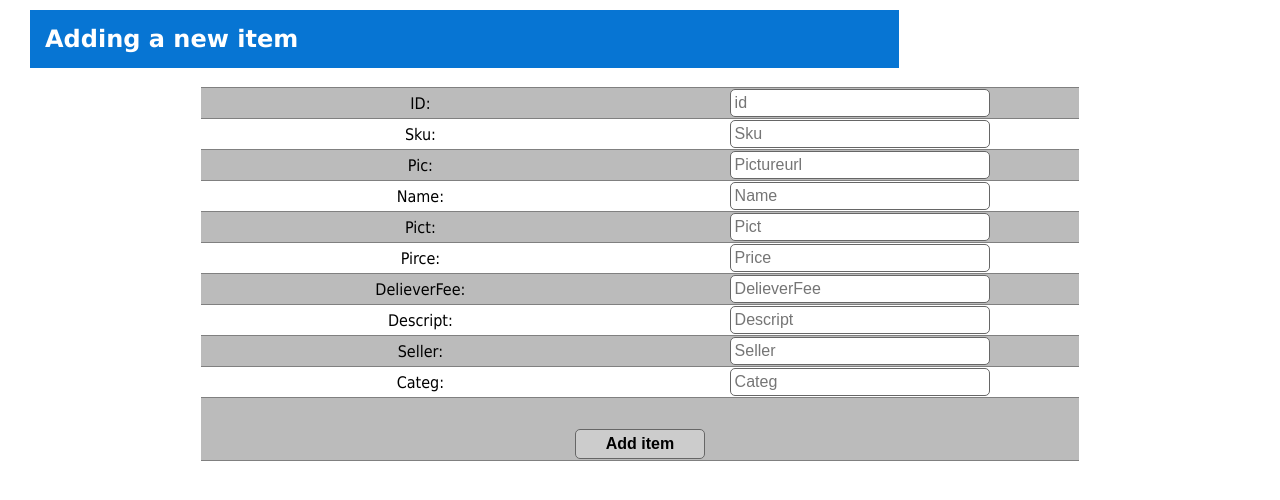
Repository: UnforgivenZZZ/bulldog
Page: bulldog/WebContent/WEB-INF/addingitem.html
An editor plug-in stored every save of this project. The page is shown before and after the next save, followed by the edit.
The browser window is 1280 px wide. The pictures show the whole page.

Above is the page before, as saved 2017-07-13 01:50:24.

After the next save:
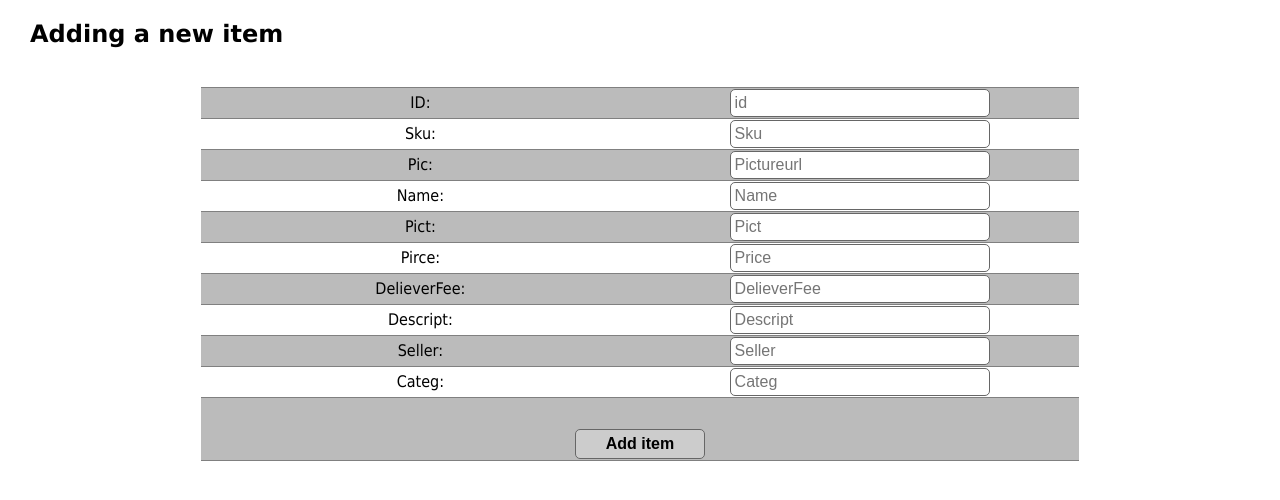
Saved 115 s later.
--- a/bulldog/WebContent/WEB-INF/addingitem.html
+++ b/bulldog/WebContent/WEB-INF/addingitem.html
@@ -15,9 +15,9 @@
 
 
 			<div id ="wrapper">
-				<div id ="header">
+
 					<h2>Adding a new item</h2>
-				</div>
+
 			</div>
 
              <tr>

After the save that followed:
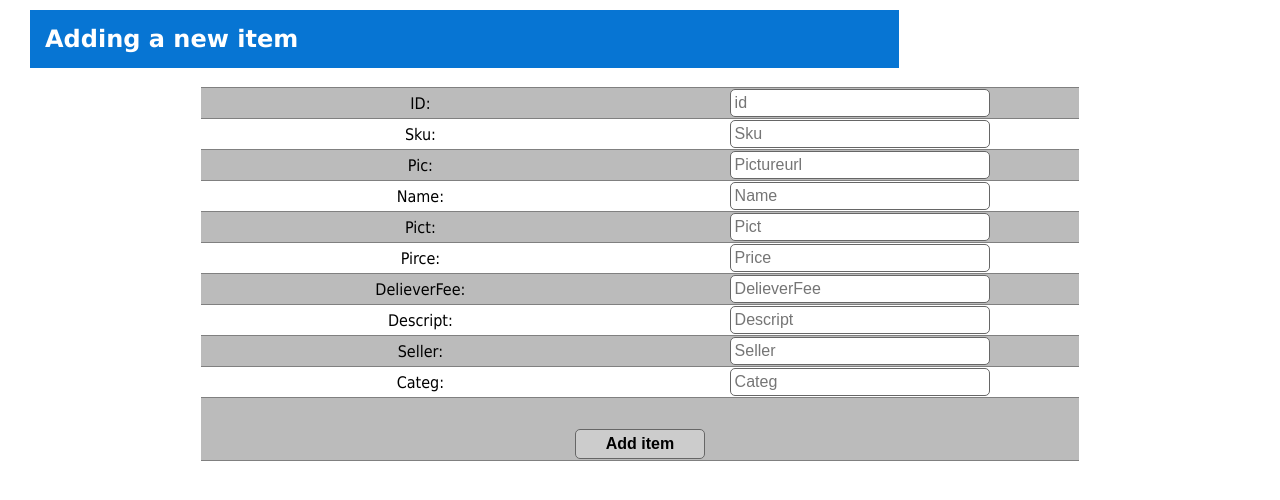
Saved 23 s later.
--- a/bulldog/WebContent/WEB-INF/addingitem.html
+++ b/bulldog/WebContent/WEB-INF/addingitem.html
@@ -15,9 +15,9 @@
 
 
 			<div id ="wrapper">
-
+				<div id ="header">
 					<h2>Adding a new item</h2>
-
+				</div>
 			</div>
 
              <tr>
--- a/bulldog/WebContent/css/style.css
+++ b/bulldog/WebContent/css/style.css
@@ -26,7 +26,7 @@ tr {
 tr:nth-child(even) {background: #FFFFFF}
 tr:nth-child(odd) {background: #BBBBBB}
 
-#wrapper {width: 100%; margin-top: 0px; }
+
 #header {width: 70%; background: #0775d3; margin-top: 0px; padding:15px 0px 15px 15px;}
 #header h2 {width: 100%; margin:auto; color: #FFFFFF;}
 #container {width: 100%; margin:auto}
